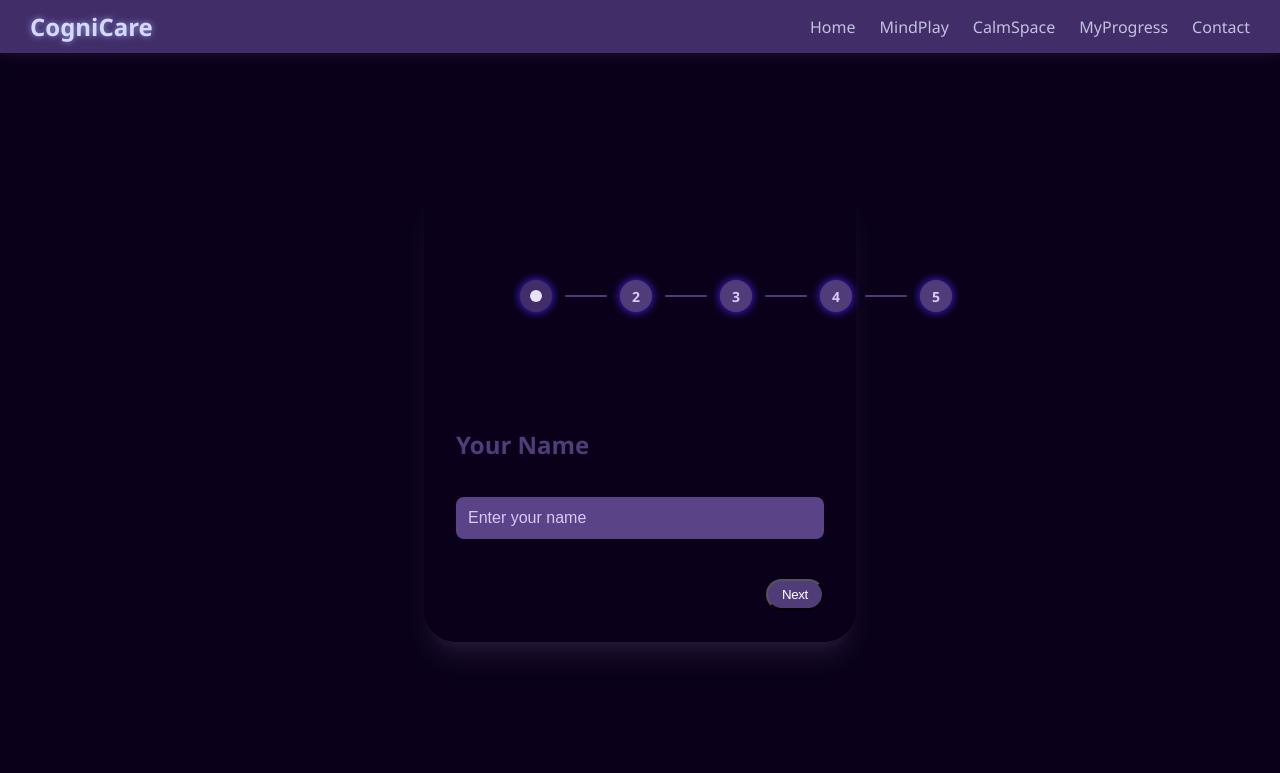
Repository: rujularaut/CogniCare
Page: /signup
An editor plug-in stored every save of this project. The page is shown before and after the next save, followed by the edit.
The browser window is 1280 px wide. The pictures show the whole page.
The project was rebuilt for these pictures with package versions that can differ from the ones it lists, and the page was loaded fresh each time. Also part of the build but not shown: src/components/Welcome.css, src/components/Welcome.js, src/components/Particles.css, src/components/Particles.js, src/components/Meditation.css, src/components/Meditation.js, src/components/Signup.css, src/components/Signup.js and 2 more.

Above is the page before, as saved 2025-06-24 15:10:15.

### src/App.js
import React from 'react';
import { BrowserRouter as Router, Routes, Route } from 'react-router-dom';
import './App.css';
import Welcome from './components/Welcome';
import Meditation from './components/Meditation';
import Signup from './components/Signup'; // ✅ Confirm this file exists
import Login from './components/Login';
import SignupStepper from './components/SignupStepper';

function App() {
  return (
    <Router>
      <div className="App">
        <nav>
          <div className="logo">CogniCare</div>
          <ul>
            <li><a href="/">Home</a></li>
            <li><a href="#">MindPlay</a></li>
            <li><a href="#">CalmSpace</a></li>
            <li><a href="#">MyProgress</a></li>
            <li><a href="#">Contact</a></li>
          </ul>
        </nav>

        <Routes>
          <Route path="/" element={
            <>
              <header>
                <h1>Welcome to CogniCare</h1>
                <p>Your mental health companion</p>
              </header>
              <Welcome />
              <Meditation />
            </>
          } />
          <Route path="/signup" element={<SignupStepper />} />
          <Route path="/signup" element={<Signup />} />
          <Route path="/login" element={<Login />} />
        </Routes>
      </div>
    </Router>
  );
}

export default App;

### src/App.css
body {
  margin: 0;
  padding: 0;
  font-family: 'Segoe UI', sans-serif;
  background-color: #0a001a;
  color: #d6d8ff;
}

nav {
  background-color: #412e69;
  color: #d6d8ff;
  display: flex;
  justify-content: space-between;
  align-items: center;
  padding: 10px 30px;
  box-shadow: 0 0 15px #a9b0ff20;
}

.logo {
  font-size: 24px;
  font-weight: bold;
  color: #d6d8ff;
  text-shadow: 0 0 6px #8b92d7;
}

nav ul {
  list-style: none;
  display: flex;
  gap: 24px;
  margin: 0;
  padding: 0;
}

nav ul li a {
  text-decoration: none;
  color: #c0c2e0;
  font-weight: 500;
  transition: color 0.3s ease;
}

nav ul li a:hover {
  color: #f7c258;
  text-shadow: 0 0 6px #a9b0ff;
}

header {
  background-color: #513c7a;
  padding: 5px;
  text-align: center;
  border-bottom: 6px solid #25003e;
}

h1 {
  margin-bottom: 10px;
  font-size: 45px;
  color: #d6d8ff;
  text-shadow: 0 0 10px #6c72ac;
}

p {
  font-size: 17px;
  color: #d6d8ff;
}

### src/components/SignupStepper.js
import React, { useState } from 'react';
import Stepper, { Step } from './Stepper';
import './SignupStepper.css';

const SignupStepper = () => {
  const [formData, setFormData] = useState({
    name: '',
    age: '',
    email: '',
    password: '',
  });

  const handleChange = (e) => {
    setFormData((prev) => ({ ...prev, [e.target.name]: e.target.value }));
  };

  return (
    <div className="signup-container">
      <Stepper
        initialStep={1}
        onFinalStepCompleted={() => console.log('Form complete', formData)}
        nextButtonText="Next"
        backButtonText="Back"
      >
        <Step>
          <h2>Your Name</h2>
          <input
            name="name"
            type="text"
            placeholder="Enter your name"
            value={formData.name}
            onChange={handleChange}
            required
          />
        </Step>
        <Step>
          <h2>Your Age</h2>
          <input
            name="age"
            type="number"
            placeholder="Enter your age"
            value={formData.age}
            onChange={handleChange}
            required
          />
        </Step>
        <Step>
          <h2>Email ID</h2>
          <input
            name="email"
            type="email"
            placeholder="Enter your email"
            value={formData.email}
            onChange={handleChange}
            required
          />
        </Step>
        <Step>
          <h2>Create Password</h2>
          <input
            name="password"
            type="password"
            placeholder="Create password"
            value={formData.password}
            onChange={handleChange}
            required
          />
        </Step>
        <Step>
          <h2>All Set!</h2>
          <p>Welcome, {formData.name} 🎉</p>
          <p>Already have an account? <a href="/login">Login here</a></p>
        </Step>
      </Stepper>
    </div>
  );
};

export default SignupStepper;

### src/components/Stepper.jsx
import React, { useState, Children, useRef, useLayoutEffect } from "react";
import { motion, AnimatePresence } from "framer-motion";

import "./Stepper.css";

export default function Stepper({
  children,
  initialStep = 1,
  onStepChange = () => { },
  onFinalStepCompleted = () => { },
  stepCircleContainerClassName = "",
  stepContainerClassName = "",
  contentClassName = "",
  footerClassName = "",
  backButtonProps = {},
  nextButtonProps = {},
  backButtonText = "Back",
  nextButtonText = "Continue",
  disableStepIndicators = false,
  renderStepIndicator,
  ...rest
}) {
  const [currentStep, setCurrentStep] = useState(initialStep);
  const [direction, setDirection] = useState(0);
  const stepsArray = Children.toArray(children);
  const totalSteps = stepsArray.length;
  const isCompleted = currentStep > totalSteps;
  const isLastStep = currentStep === totalSteps;

  const updateStep = (newStep) => {
    setCurrentStep(newStep);
    if (newStep > totalSteps) {
      onFinalStepCompleted();
    } else {
      onStepChange(newStep);
    }
  };

  const handleBack = () => {
    if (currentStep > 1) {
      setDirection(-1);
      updateStep(currentStep - 1);
    }
  };

  const handleNext = () => {
    if (!isLastStep) {
      setDirection(1);
      updateStep(currentStep + 1);
    }
  };

  const handleComplete = () => {
    setDirection(1);
    updateStep(totalSteps + 1);
  };

  return (
    <div className="outer-container" {...rest}>
      <div className={`step-circle-container ${stepCircleContainerClassName}`}>
        <div className={`step-indicator-row ${stepContainerClassName}`}>
          {stepsArray.map((_, index) => {
            const stepNumber = index + 1;
            const isNotLastStep = index < totalSteps - 1;
            return (
              <React.Fragment key={stepNumber}>
                {renderStepIndicator ? (
                  renderStepIndicator({
                    step: stepNumber,
                    currentStep,
                    onStepClick: (clicked) => {
                      setDirection(clicked > currentStep ? 1 : -1);
                      updateStep(clicked);
                    },
                  })
                ) : (
                  <StepIndicator
                    step={stepNumber}
                    disableStepIndicators={disableStepIndicators}
                    currentStep={currentStep}
                    onClickStep={(clicked) => {
                      setDirection(clicked > currentStep ? 1 : -1);
                      updateStep(clicked);
                    }}
                  />
                )}
                {isNotLastStep && (
                  <StepConnector isComplete={currentStep > stepNumber} />
                )}
              </React.Fragment>
            );
          })}
        </div>

        <StepContentWrapper
          isCompleted={isCompleted}
          currentStep={currentStep}
          direction={direction}
          className={`step-content-default ${contentClassName}`}
        >
          {stepsArray[currentStep - 1]}
        </StepContentWrapper>

        {!isCompleted && (
          <div className={`footer-container ${footerClassName}`}>
            <div className={`footer-nav ${currentStep !== 1 ? "spread" : "end"}`}>
              {currentStep !== 1 && (
                <button
                  onClick={handleBack}
                  className={`back-button ${currentStep === 1 ? "inactive" : ""}`}
                  {...backButtonProps}
                >
                  {backButtonText}
                </button>
              )}
              <button
                onClick={isLastStep ? handleComplete : handleNext}
                className="next-button"
                {...nextButtonProps}
              >
                {isLastStep ? "Complete" : nextButtonText}
              </button>
            </div>
          </div>
        )}
      </div>
    </div>
  );
}

function StepContentWrapper({ isCompleted, currentStep, direction, children, className }) {
  const [parentHeight, setParentHeight] = useState(0);

  return (
    <motion.div
      className={className}
      style={{ position: "relative", overflow: "hidden" }}
      animate={{ height: isCompleted ? 0 : parentHeight }}
      transition={{ type: "spring", duration: 0.4 }}
    >
      <AnimatePresence initial={false} mode="sync" custom={direction}>
        {!isCompleted && (
          <SlideTransition key={currentStep} direction={direction} onHeightReady={(h) => setParentHeight(h)}>
            {children}
          </SlideTransition>
        )}
      </AnimatePresence>
    </motion.div>
  );
}

function SlideTransition({ children, direction, onHeightReady }) {
  const containerRef = useRef(null);

  useLayoutEffect(() => {
    if (containerRef.current) onHeightReady(containerRef.current.offsetHeight);
  }, [children, onHeightReady]);

  return (
    <motion.div
      ref={containerRef}
      custom={direction}
      variants={stepVariants}
      initial="enter"
      animate="center"
      exit="exit"
      transition={{ duration: 0.4 }}
      style={{ position: "absolute", left: 0, right: 0, top: 0 }}
    >
      {children}
    </motion.div>
  );
}

const stepVariants = {
  enter: (dir) => ({
    x: dir >= 0 ? "-100%" : "100%",
    opacity: 0,
  }),
  center: {
    x: "0%",
    opacity: 1,
  },
  exit: (dir) => ({
    x: dir >= 0 ? "50%" : "-50%",
    opacity: 0,
  }),
};

export function Step({ children }) {
  return <div className="step-default">{children}</div>;
}

function StepIndicator({ step, currentStep, onClickStep, disableStepIndicators }) {
  const status = currentStep === step ? "active" : currentStep < step ? "inactive" : "complete";

  const handleClick = () => {
    if (step !== currentStep && !disableStepIndicators) onClickStep(step);
  };

  return (
    <motion.div onClick={handleClick} className="step-indicator" animate={status} initial={false}>
      <motion.div
        variants={{
          inactive: { scale: 1, backgroundColor: "#513c7a", color: "#d7cbf9" },
          active: { scale: 1, backgroundColor: "#412e69", color: "#d7cbf9" },
          complete: { scale: 1, backgroundColor: "#412e69", color: "#d7cbf9" },
        }}
        transition={{ duration: 0.3 }}
        className="step-indicator-inner"
      >
        {status === "complete" ? (
          <CheckIcon className="check-icon" />
        ) : status === "active" ? (
          <div className="active-dot" />
        ) : (
          <span className="step-number">{step}</span>
        )}
      </motion.div>
    </motion.div>
  );
}

function StepConnector({ isComplete }) {
  const lineVariants = {
    incomplete: { width: 0, backgroundColor: "transparent" },
    complete: { width: "100%", backgroundColor: "#5227FF" },
  };

  return (
    <div className="step-connector">
      <motion.div
        className="step-connector-inner"
        variants={lineVariants}
        initial={false}
        animate={isComplete ? "complete" : "incomplete"}
        transition={{ duration: 0.4 }}
      />
    </div>
  );
}

function CheckIcon(props) {
  return (
    <svg {...props} fill="none" stroke="currentColor" strokeWidth={2} viewBox="0 0 24 24">
      <motion.path
        initial={{ pathLength: 0 }}
        animate={{ pathLength: 1 }}
        transition={{ delay: 0.1, type: "tween", ease: "easeOut", duration: 0.3 }}
        strokeLinecap="round"
        strokeLinejoin="round"
        d="M5 13l4 4L19 7"
      />
    </svg>
  );
}

### src/components/SignupStepper.css
.signup-container {
background: linear-gradient(to bottom right,  #f8f1fd);
  color: #513c7a;
  min-height: 100vh;
  display: flex;
  justify-content: center;
  align-items: center;
}

input {
  width: 100%;
  padding: 12px;
  margin-top: 1em;
  border-radius: 8px;
  border: none;
  font-size: 16px;
  background-color: #5a4386;
  color: #d7cbf9;
}

input::placeholder {
  color: #d7cbf9;
}

### src/components/Stepper.css
.outer-container {
  display: flex;
  min-height: 100%;
  flex: 1 1 0%;
  flex-direction: column;
  align-items: center;
  justify-content: center;
  padding: 1rem;
}

@media (min-width: 640px) {
  .outer-container {
    aspect-ratio: 4 / 3;
  }
}

@media (min-width: 768px) {
  .outer-container {
    aspect-ratio: 2 / 1;
  }
}

.step-circle-container {
  margin-left: auto;
  margin-right: auto;
  width: 100%;
  max-width: 27rem;
  border-radius: 2rem;
  box-shadow: 0 20px 25px -5px rgba(207, 178, 246, 0.1),
    0 10px 10px -5px rgba(193, 176, 247, 0.04);
}

.step-indicator-row {
  display: flex;
  width: 100%;
  align-items: center;
  padding: 6rem;
}

.step-content-default {
  position: relative;
  overflow: hidden;
}

.step-default {
  padding-left: 2rem;
  padding-right: 3.5rem;
}

.footer-container {
  padding-left: 2rem;
  padding-right: 2rem;
  padding-bottom: 2rem;
}

.footer-nav {
  margin-top: 2.5rem;
  display: flex;
}

.footer-nav.spread {
  justify-content: space-between;
}

.footer-nav.end {
  justify-content: flex-end;
}

.back-button {
  transition: all 350ms;
  border-radius: 9999px;
  padding: 0.25rem 0.5rem;
  color: #513c7a;
  cursor: pointer ;
}

.back-button:hover {
  color: #513c7a;
}

.back-button.inactive {
  pointer-events: none;
  opacity: 0.5;
  color: #513c7a;
}

.next-button {
  transition: all 350ms;
  display: flex;
  align-items: center;
  justify-content: center;
  border-radius: 9999px;
  background-color: #513c7a;
  color: #fff;
  font-weight: 500;
  letter-spacing: -0.025em;
  padding: 0.375rem 0.875rem;
  cursor: pointer;
}

.next-button:hover {
  background-color: #3c256a;
}

.next-button:active {
  background-color: #513c7a;
}

.step-indicator {
  position: relative;
  cursor: pointer;
  outline: none;
}

.step-indicator-inner {
  display: flex;
  height: 2rem;
  width: 2rem;
  align-items: center;
  justify-content: center;
  border-radius: 9999px;
  font-weight: 600;
  background-color: #5227FF; /* neon blue */
  color: white;
  box-shadow: 0 0 10px #5227FF;
}

.active-dot {
  height: 0.75rem;
  width: 0.75rem;
  border-radius: 9999px;
  background-color: #e8e2f9;
}

.step-number {
  font-size: 0.875rem;
}

.step-connector {
  position: relative;
  margin-left: 0.8rem;
  margin-right: 0.8rem;
  height: 0.125rem;
  flex: 1;
  overflow: hidden;
  border-radius: 0.25rem;
  background-color: #513c7a;
}

.step-connector-inner {
  position: absolute;
  left: 0;
  top: 0;
  height: 100%;
}

.check-icon {
  height: 1.5rem;
  width: 1.5rem;
  color: #e8e2f9;
}

Loaded but not shown: public/index.html (common file); src/index.js (common file); src/index.css (common file)

After the next save:
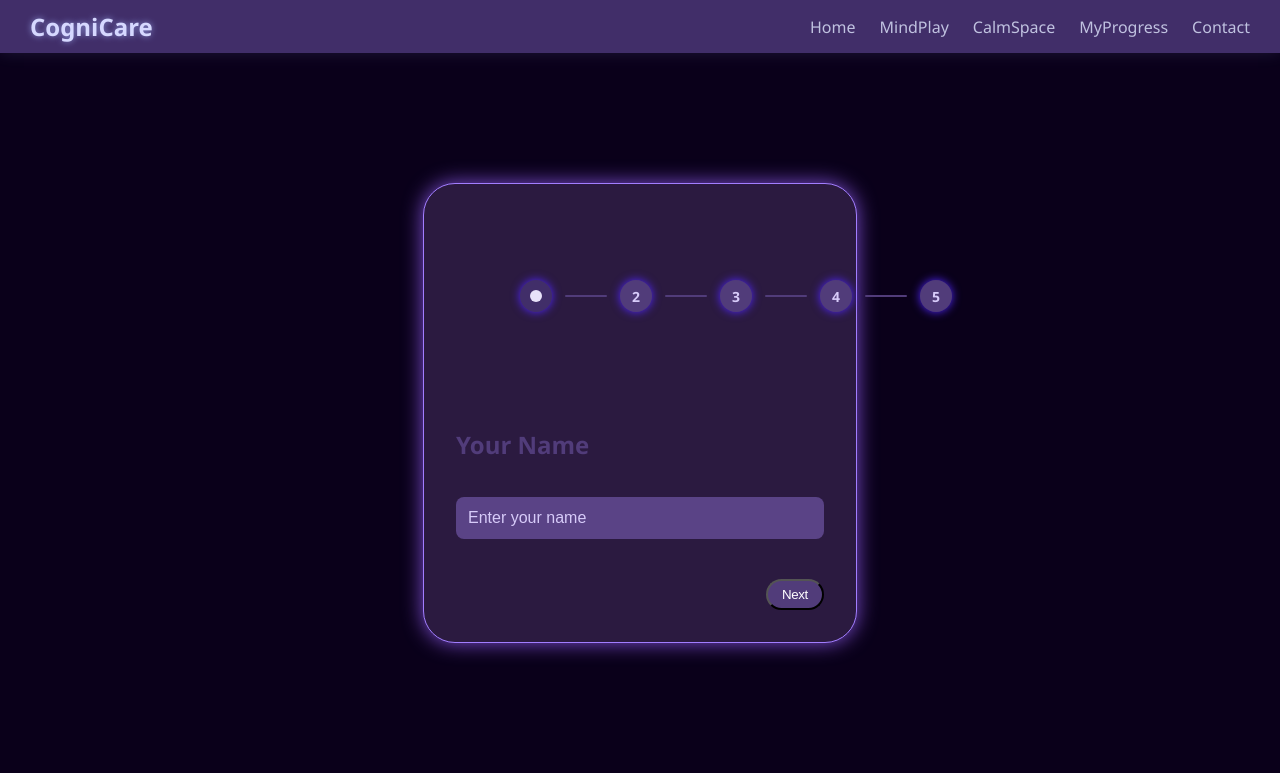
Saved 46 s later.
--- a/src/components/Stepper.css
+++ b/src/components/Stepper.css
@@ -28,6 +28,9 @@
   border-radius: 2rem;
   box-shadow: 0 20px 25px -5px rgba(207, 178, 246, 0.1),
     0 10px 10px -5px rgba(193, 176, 247, 0.04);
+  background-color: #2b1a40;  /* soft purple or your choice */
+  border: 1px solid #a27eff;
+  box-shadow: 0 0 20px #7e4fd1;
 }
 
 .step-indicator-row {
